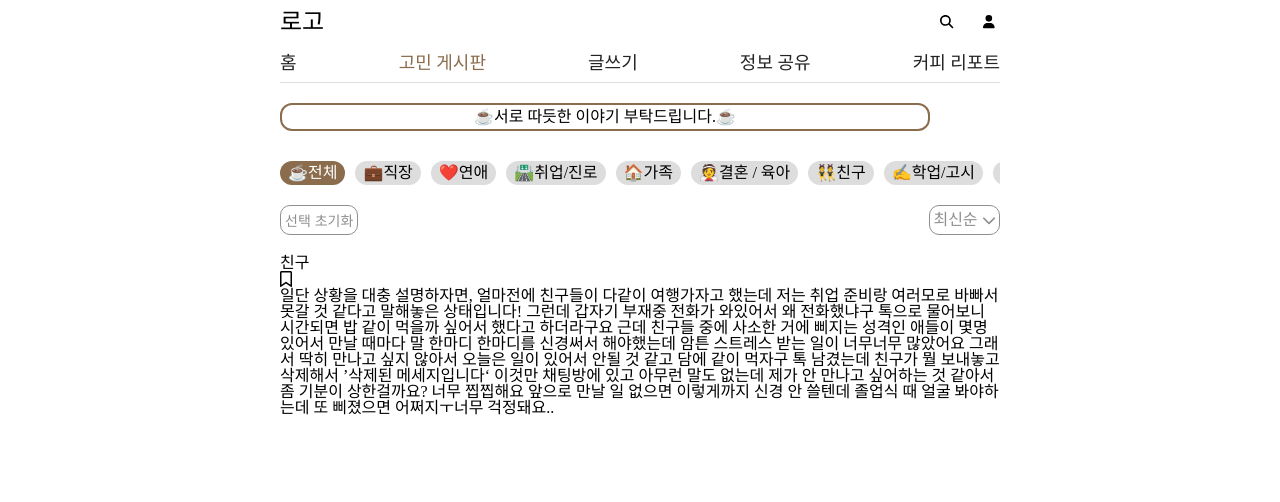
Repository: zlazlazla35/coffee
Page: /list
These files come from the project's save history. The page is drawn as it stood at one moment and after the next save; the edit follows.
The browser window is 1280 px wide. The pictures show the whole page.
Some web fonts or font styles are not loaded; a fallback is used. The project was rebuilt for these pictures with package versions that can differ from the ones it lists, and the page was loaded fresh each time. The framework's server and built-in components were replaced by stand-ins that run in the browser. Also part of the build but not shown: next.config.mjs.

Above is the page before, as saved 2024-12-26 21:06:23.

### src/app/layout.js
import { Geist, Geist_Mono } from "next/font/google";
import "./globals.css";
import Link from "next/link";
import { FontAwesomeIcon } from '@fortawesome/react-fontawesome'
import { faMagnifyingGlass, faUser } from '@fortawesome/free-solid-svg-icons'
import NavMenu from "./component/NavMenu";

const geistSans = Geist({
  variable: "--font-geist-sans",
  subsets: ["latin"],
});

const geistMono = Geist_Mono({
  variable: "--font-geist-mono",
  subsets: ["latin"],
});

export const metadata = {
  title: "Create Next App",
  description: "Generated by create next app",
};

export default function RootLayout({ children }) {
  return (
    <html lang="en">
      <body className={`${geistSans.variable} ${geistMono.variable}`}>
        <div className="nav_bar">
          <div className="nav_bar_top">
            <Link className="logo" href={'/'}>로고</Link>
            <div className="userBox">
              <button>
                <FontAwesomeIcon icon={faMagnifyingGlass} />
              </button>
              <button>
                <FontAwesomeIcon icon={faUser} />
              </button>
            </div>
          </div>
          <div className="nav_bar_bottom">
          <NavMenu></NavMenu>
          </div>
        </div>
        {children}
      </body>
    </html>
  );
}

### src/app/list/page.js
'use client'
import { useEffect, useRef, useState } from "react"
import { FontAwesomeIcon } from '@fortawesome/react-fontawesome'
import { faChevronDown, } from '@fortawesome/free-solid-svg-icons'
import { faBookmark } from '@fortawesome/free-regular-svg-icons'


export default function List() {
    let [tagList, setTagList] = useState(['☕전체', '💼직장', '❤️연애', '🛣️취업/진로', '🏠가족', '👰결혼 / 육아', '👯친구', '✍️학업/고시', '🚫중독', '💰사업 / 금전', '💉질병 / 질환']);
    let [tagActive, setTagActive] = useState([true, false, false, false, false, false, false, false, false, false, false]);
    let [selectList, setSelectList] = useState(['최신순', '오랜된순', '인기순'])
    let [userSelect, setUserSelect] = useState('최신순')
    const userMenu = useRef();
    const [isOpen, setIsOpen] = useState(false);



    const modalCloseHandler = ({ target }) => {
        if (isOpen && !userMenu.current.contains(target)) setIsOpen(false);
    };

    useEffect(() => {
        window.addEventListener('click', modalCloseHandler);
        return () => {
            window.removeEventListener('click', modalCloseHandler);
        };
    });





    return (
        <div className="liset_page">
            <div className="top_border">
                ☕서로 따듯한 이야기 부탁드립니다.☕
            </div>
            <div className="tag">
                <ul className="tag_list">
                    {
                        tagList.map((item, i) => {

                            return (
                                <li className={tagActive[i] == true ? 'on' : null} key={i} onClick={(e) => {
                                    let copy = [...tagActive];

                                    if (copy[i] == false) {
                                        copy[i] = true;
                                        setTagActive(copy);
                                    } else {
                                        copy[i] = false;
                                        setTagActive(copy);
                                    }

                                    if (e.target.innerHTML !== '☕전체') {
                                        copy[0] = false;
                                        setTagActive(copy);
                                    } else {
                                        let copy2 = [true, false, false, false, false, false, false, false, false, false, false];
                                        setTagActive(copy2);
                                    }
                                }} >{item}</li>
                            )
                        })
                    }
                </ul>
            </div>
            <div className="filterBox">
                <button className="tag_reset" onClick={() => {
                    let copy2 = [true, false, false, false, false, false, false, false, false, false, false];
                    setTagActive(copy2);
                }}>선택 초기화</button>
                <div className="filterSelectBox" ref={userMenu} onClick={() => {
                    setIsOpen(!isOpen)
                }}>
                    <h2 className="title">{userSelect}<FontAwesomeIcon icon={faChevronDown} /></h2>
                    {
                        isOpen ?
                            <ul className="filterSelect">
                                {
                                    selectList.map((item, i) => {
                                        return (
                                            <li key={i} onClick={(e) => {
                                                setUserSelect(e.target.innerHTML);
                                            }}>{item}</li>
                                        )
                                    })
                                }
                            </ul>
                            :
                            null
                    }
                </div>
            </div>
            <div className="list_card">
                <div className="list_card_top">
                    <span className="title">친구</span>
                    <div>
                        <FontAwesomeIcon icon={faBookmark} />
                    </div>
                </div>
                <div className="userText">
                    일단 상황을 대충 설명하자면, 얼마전에 친구들이 다같이 여행가자고 했는데 저는 취업 준비랑 여러모로 바빠서 못갈 것 같다고 말해놓은 상태입니다!
                    그런데 갑자기 부재중 전화가 와있어서 왜 전화했냐구 톡으로 물어보니 시간되면 밥 같이 먹을까 싶어서 했다고 하더라구요
                    근데 친구들 중에 사소한 거에 삐지는 성격인 애들이 몇명있어서 만날 때마다 말 한마디 한마디를 신경써서 해야했는데 암튼 스트레스 받는 일이 너무너무 많았어요
                    그래서 딱히 만나고 싶지 않아서 오늘은 일이 있어서 안될 것 같고 담에 같이 먹자구 톡 남겼는데
                    친구가 뭘 보내놓고 삭제해서 ’삭제된 메세지입니다‘ 이것만 채팅방에 있고 아무런 말도 없는데
                    제가 안 만나고 싶어하는 것 같아서 좀 기분이 상한걸까요?
                    너무 찝찝해요 앞으로 만날 일 없으면 이렇게까지 신경 안 쓸텐데
                    졸업식 때 얼굴 봐야하는데 또 삐졌으면 어쩌지ㅜ너무 걱정돼요..
                </div>
                <ul className="tag">
                    <li></li>
                </ul>
            </div>
        </div>
    )
}

### src/app/globals.css
@font-face {
    font-family: 'Ownglyph_StudyHard-Rg';
    src: url('https://fastly.jsdelivr.net/gh/projectnoonnu/2411-3@1.0/Ownglyph_StudyHard-Rg.woff2') format('woff2');
    font-weight: normal;
    font-style: normal;
}
/* /styles/reset.css */
body {font-family: 'Ownglyph_StudyHard-Rg' !important;}
html, body, div, span, applet, object, iframe,
h1, h2, h3, h4, h5, h6, p, blockquote, pre,
a, abbr, acronym, address, big, cite, code,
del, dfn, em, img, ins, kbd, q, s, samp,
small, strike, strong, sub, sup, tt, var,
b, u, i, center,
dl, dt, dd, ol, ul, li,
fieldset, form, label, legend,
table, caption, tbody, tfoot, thead, tr, th, td,
article, aside, canvas, details, embed,
figure, figcaption, footer, header, hgroup,
menu, nav, output, ruby, section, summary,
time, mark, audio, video {
	margin: 0;
	padding: 0;
	border: 0;
	font-size: 100%;
	font: inherit;
	vertical-align: baseline;
}
/* HTML5 display-role reset for older browsers */
article, aside, details, figcaption, figure,
footer, header, hgroup, menu, nav, section {
	display: block;
}
body {
	line-height: 1;
}
ol, ul {
	list-style: none;
}
blockquote, q {
	quotes: none;
}
blockquote:before, blockquote:after,
q:before, q:after {
	content: '';
	content: none;
}
table {
	border-collapse: collapse;
	border-spacing: 0;
}
input:focus {outline: none;}
a {text-decoration: none; color: inherit;}


.nav_bar {width: 100%; max-width: 720px; margin: 0 auto;}
.nav_bar .nav_bar_top {width: 100%; display: flex; align-items: center; justify-content: space-between; box-sizing: border-box; padding: 10px 0; }
.nav_bar .nav_bar_top .logo {font-size: 24px; }
.nav_bar .nav_bar_top .userBox {display: flex; align-items: center;}
.nav_bar .nav_bar_top .userBox button {width: 22px; display: block; background: none; border: none; padding: 0;}
.nav_bar .nav_bar_top .userBox button {margin-right: 20px;}
.nav_bar .nav_bar_top .userBox button:last-child {margin-right: 0;}
.nav_bar .nav_bar_bottom {width: 100%; }
.nav_bar .nav_bar_bottom .nav_list {display: flex; align-items: center; justify-content: space-between; box-sizing: border-box; padding: 10px 0; border-bottom: 1px solid #ddd;}
.nav_bar .nav_bar_bottom .nav_list li { font-size: 18px; color: #232323; }
.nav_bar .nav_bar_bottom .nav_list li a.active {color: #8b6d4e; }


.liset_page {width: 100%; max-width: 720px; margin: 0 auto;}
.liset_page .top_border {width: 100%; max-width: 650px; border: 2px solid #8b6d4e; border-radius: 12px; display: flex; align-items: center; justify-content: center; font-size: 16px; box-sizing: border-box; padding: 4px; margin: 20px 0 30px;}
.liset_page .tag {width: 100%;}
.liset_page .tag .tag_list {width: 100%; display: flex; align-items: center; white-space: nowrap; overflow-x: scroll;}
.liset_page .tag .tag_list::-webkit-scrollbar {height: 8px;}
.liset_page .tag .tag_list::-webkit-scrollbar-thumb {background: #a89f96; border-radius: 10px; }
.liset_page .tag .tag_list::-webkit-scrollbar-track {background: rgba(123, 87, 8, 0.1); }
.liset_page .tag .tag_list li {background: #ddd; font-size: 16px; box-sizing: border-box; padding: 4px 8px; border-radius: 12px; margin-right: 10px; cursor: pointer;}
.liset_page .tag .tag_list li:last-child {margin-right: 0;}
.liset_page .tag .tag_list li.on {background: #8b6d4e; color: #fff;}
.liset_page .filterBox {width: 100%; display: flex; align-items: center; justify-content: space-between;}
.liset_page .filterBox .filterSelectBox {display: flex; position: relative; border: 1px solid #8f8f8f; border-radius: 10px; width: 100%; max-width: 69px; height: 28px; align-items: center; justify-content: center; margin: 20px 0; cursor: pointer;}
.liset_page .filterBox .filterSelectBox .title {font-size: 16px; color: #8f8f8f;}
.liset_page .filterBox .filterSelectBox .title svg {font-size: 14px; margin-left: 4px;}
.liset_page .filterBox .filterSelectBox .filterSelect {position: absolute; left: 50%; top: 34px; width: 100%; transform: translateX(-50%); border-radius: 8px; overflow: hidden;}
.liset_page .filterBox .filterSelectBox .filterSelect {width: 100%; box-shadow: 2px 2px 12px rgba(0, 0, 0, 0.2);}
.liset_page .filterBox .filterSelectBox .filterSelect li {width: 100%; text-align: center; box-sizing: border-box; padding: 6px 0; border-bottom: 1px solid #ddd; font-size: 16px; color: #8f8f8f;}


.liset_page .filterBox .tag_reset{display: inline-block; box-sizing: border-box; padding: 4px; border: 1px solid #8f8f8f; background: none; color: #8f8f8f; font-size: 14px; border-radius: 10px;}

### src/app/component/NavMenu.js
'use client'

import Link from "next/link";
import { usePathname } from "next/navigation";

export default function NavMenu() {
    const pathname = usePathname();

    return (
        <ul className="nav_list">
            <li>
                <Link href={'/'}>홈</Link>
            </li>
            <li>
                <Link className={pathname == '/list'? 'active' : null} href={'/list'}>고민 게시판</Link>
            </li>
            <li>
                <Link className={pathname == '/writing'? 'active' : null} href={'/writing'}>글쓰기</Link>
            </li>
            <li>
                <Link className={pathname == '/share'? 'active' : null} href={'/share'}>정보 공유</Link>
            </li>
            <li>
                <Link className={pathname == '/report'? 'active' : null} href={'/report'}>커피 리포트</Link>
            </li>
        </ul>
    )
}

After the next save:
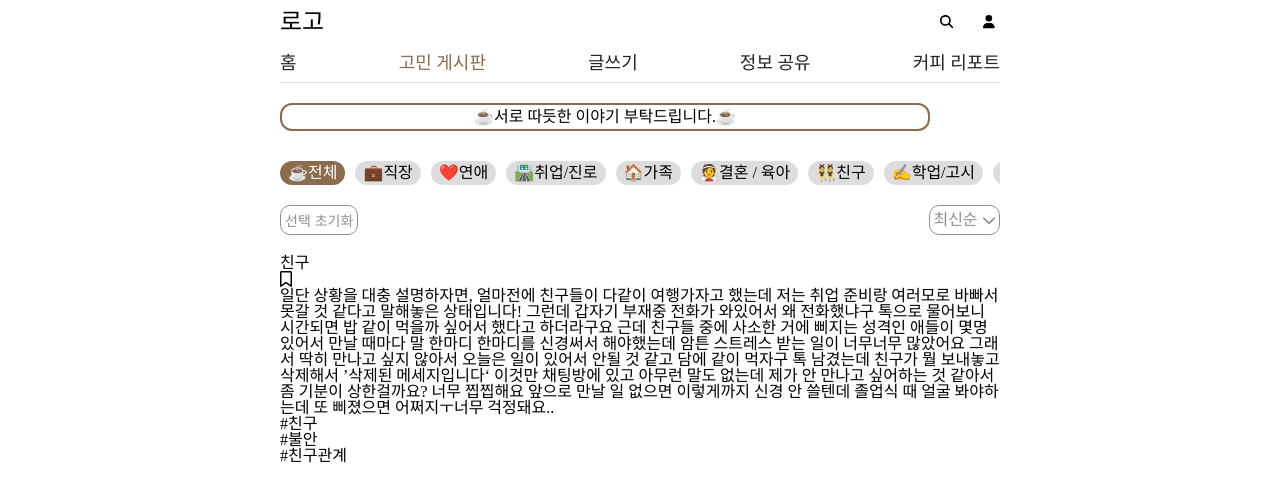
Saved 20 s later.
--- a/src/app/list/page.js
+++ b/src/app/list/page.js
@@ -110,7 +110,9 @@ export default function List() {
                     졸업식 때 얼굴 봐야하는데 또 삐졌으면 어쩌지ㅜ너무 걱정돼요..
                 </div>
                 <ul className="tag">
-                    <li></li>
+                    <li>#친구</li>
+                    <li>#불안</li>
+                    <li>#친구관계</li>
                 </ul>
             </div>
         </div>
